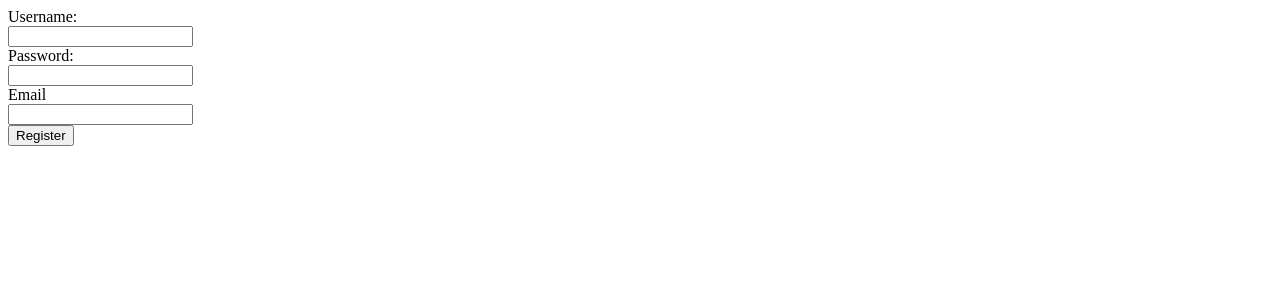
Repository: Javimetro/UniZen
Page: client/public/register.html
The author's editor kept a copy of each file at every save. The page is drawn from the files as they stood at one save, then again after the next save.
The browser window is 1280 px wide. The pictures show the whole page.

Above is the page before, as saved 2024-03-04 12:11:51.

### client/public/register.html
<!DOCTYPE html>
<html>
<head>
  <title>Register</title>
</head>
<body>
  <form id="register-form">
    <label for="username">Username:</label><br>
    <input type="text" id="username" name="username"><br>
    <label for="password">Password:</label><br>
    <input type="password" id="password" name="password"><br>
    <label for="email">Email</label><br>
    <input type="email" id="email" name="email"><br>
    <input type="submit" value="Register">
  </form>

  <script src="/src/services/register.js"></script>
</body>
</html>

### client/src/services/register.js
document.getElementById('register-form').addEventListener('submit', async function(event) {
  event.preventDefault();

  const username = document.getElementById('username').value;
  const password = document.getElementById('password').value;
  const email = document.getElementById('email').value;

  const response = await fetch('http://localhost:3000/api/users/', {
    method: 'POST',
    headers: {
      'Content-Type': 'application/json'
    },
    body: JSON.stringify({ username, password, email })
  });

  if (response.ok) {
    const data = await response.json();
    localStorage.setItem('token', data.token);
    alert(data.message);
    window.location.href = 'login.html';// Redirect to another page or update the UI

  } else {
    const errorData = await response.json();
    alert(errorData.message);
  }
});

### client/public/styles/style.css
/* Basic Reset */
* {
  margin: 0;
  padding: 0;
  box-sizing: border-box;
}

body {
  font-family: 'Arial', sans-serif;
  background-color: #f0f0f0;
  color: #333;
  line-height: 1.6;
  padding: 20px;
}

h1 {
  color: #0fc61b;
  margin-bottom: 20px;
}



p {
  margin-bottom: 20px;
}

#kissaContainer {
  max-width: 800px;
  display: flex;
  flex-direction: column;
  margin: auto;
  background: #fff;
  padding: 20px;
  border-radius: 8px;
  box-shadow: 0 2px 4px rgba(0, 0, 0, 0.1);
}
.card-area {
  display: flex;
  flex-direction: row;
}
.card {
  display: flex; /* Use flexbox layout */
  border: 1px solid #ccc; /* Optional: Add border for visual separation */
  border-radius: 5px; /* Optional: Add border radius for rounded corners */
}

.card-img {
  flex: 1; /* Make the image container grow to fill available space */
  padding: 10px; /* Optional: Add padding for spacing */
}

.card-img img {
  width: 100%; /* Make the image fill the container */
  border-radius: 5px; /* Optional: Add border radius for rounded corners */
}

.card-diary {
  flex: 2; /* Make the diary entry container grow to fill available space */
  padding: 10px; /* Optional: Add padding for spacing */
}

After the next save:
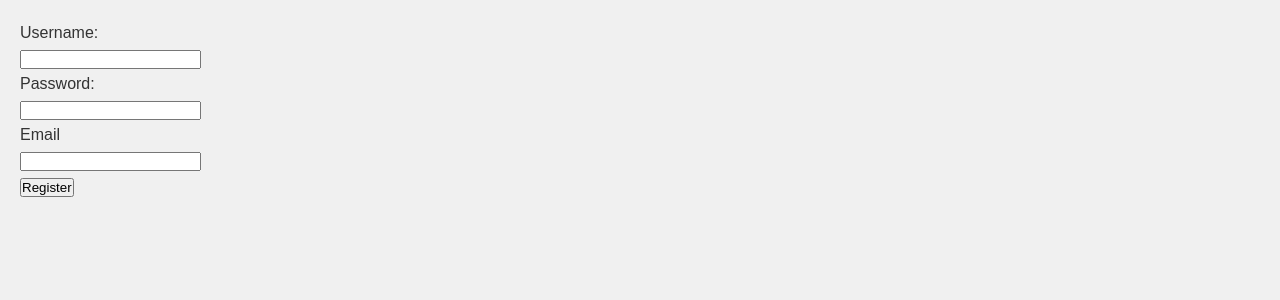
Saved 16 s later.
--- a/client/public/register.html
+++ b/client/public/register.html
@@ -1,7 +1,11 @@
 <!DOCTYPE html>
 <html>
-<head>
-  <title>Register</title>
+  <head>
+    <meta charset="UTF-8">
+    <meta name="viewport" content="width=device-width, initial-scale=1.0">
+    <title>Lepo</title>
+    <link rel="stylesheet" href="/styles/style.css"> <!-- Link to CSS file -->
+    <link rel="icon" href="/public/assets/images/favicon.ico" type="image/x-icon">
 </head>
 <body>
   <form id="register-form">
